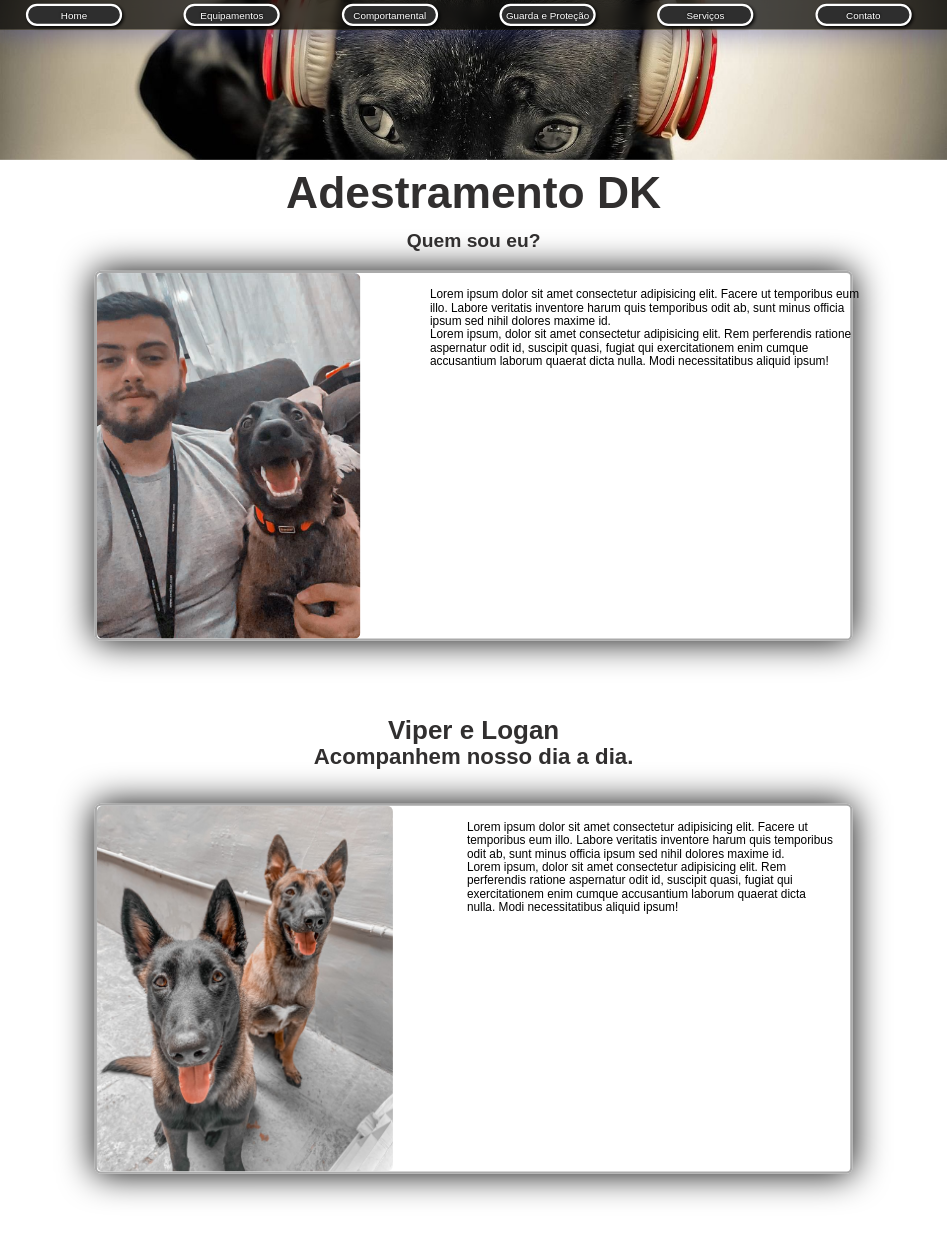
Repository: KevynMarques/Blog-React-StyledComponent
Page: /
The author's editor kept a copy of each file at every save. The page is drawn from the files as they stood at one save, then again after a run of saves.
The browser window is 1280 px wide. The pictures show the whole page, at 74% of full size.
The project was rebuilt for these pictures with package versions that can differ from the ones it lists, and the page was loaded fresh each time.

Above is the page before, as saved 2022-02-01 19:13:39.

### src/App.js
import Header from './Components/Header/index'
import Home from './Components/Home';
import Sobre from './Components/Sobre';

import { GlobalStyle } from './GlobalStyle';

function App() {
  return (
    <>
    <Home />
    <Header />
    <Sobre />
    <GlobalStyle/>
    </>
  );
}

export default App;

### src/Components/Header/index.jsx
import { Baner } from "./style";
import Dog from '../Image/Dog.png'

export default () => {

  return (

    <>
      <Baner>
       <img src={Dog} />
     </Baner>
    </>

  );

}

### src/Components/Home/index.jsx
import { Home } from "./Style"

export default () => {
  return (

    <Home>
      <button>Home</button>
      <button>Equipamentos</button>
      <button>Comportamental</button>
      <button>Guarda e Proteção</button>
      <button>Serviços</button>
      <button>Contato</button>
    </Home>
  );
}

### src/Components/Sobre/index.jsx
import { Sobre, Tittle, Dogs} from "./style"
import Foto from '../Image/foto.png'
import LV from '../Image/LV.jpg';

export default () => {
  return (
<>
   <Tittle>
    <h1>Adestramento DK</h1>
      <h2>Quem sou eu?</h2>
    </Tittle>


  <Sobre>
    <section>
    <p>Lorem ipsum dolor sit amet consectetur adipisicing elit. Facere ut temporibus eum illo. Labore veritatis inventore harum quis temporibus odit ab, sunt minus officia ipsum sed nihil dolores maxime id.
      <br></br>
    Lorem ipsum, dolor sit amet consectetur adipisicing elit. Rem perferendis ratione aspernatur odit id, suscipit quasi, fugiat qui exercitationem enim cumque accusantium laborum quaerat dicta nulla. Modi necessitatibus aliquid ipsum!
    </p>
       <div>
        <img src={Foto} />
       </div>
    </section>
  </Sobre>


  <Tittle>
      <h3>Viper e Logan</h3>
      <p>Acompanhem nosso dia a dia.</p>
    </Tittle>

<Dogs>
<section>
    <p>Lorem ipsum dolor sit amet consectetur adipisicing elit. Facere ut temporibus eum illo. Labore veritatis inventore harum quis temporibus odit ab, sunt minus officia ipsum sed nihil dolores maxime id.
      <br></br>
    Lorem ipsum, dolor sit amet consectetur adipisicing elit. Rem perferendis ratione aspernatur odit id, suscipit quasi, fugiat qui exercitationem enim cumque accusantium laborum quaerat dicta nulla. Modi necessitatibus aliquid ipsum!
    </p>
       <div>
        <img src={LV} />
       </div>
    </section>
</Dogs>

</>

  );
}

### src/GlobalStyle.js
import { createGlobalStyle } from 'styled-components';

 export const GlobalStyle = createGlobalStyle`
  * {
    margin: 0;
    padding: 0;
    box-sizing: border-box;
  }
`;

### src/Components/Header/style.jsx
import styled from "styled-components";

export const Baner= styled.div `
  width: 100%;
  height: 30vh;


    img {
    width: 100%;
    height: 100%;
    object-fit: cover;

    }
`;

### src/Components/Home/Style.jsx
import styled from "styled-components";


export const  Home  = styled.div `
     width: 100vw;
     height: 40px;
     margin: 0;
     position: fixed;
     z-index: 99999;
     background: rgba( 0, 0, 0, 0.7 );
     box-shadow: 0 8px 32px 0 rgba( 31, 38, 135, 0.37 );
     backdrop-filter: blur( 7.5px );
     -webkit-backdrop-filter: blur( 7.5px );
     color:white;
     display: flex;
     align-items: center;
     justify-content: center;

     button {
font-family: Arial, Helvetica, sans-serif;
font-style:normal;
color:#ffffff;
background:#2e2e2e;
border:3px solid #ffffff;
text-shadow:0px -1px 3px #000000;
box-shadow:2px 2px 5px #000000;
-moz-box-shadow:2px 2px 5px #000000;
-webkit-box-shadow:2px 2px 5px #000000;
border-radius:25px 25px 25px 25px;
-moz-border-radius:25px 25px 25px 25px;
-webkit-border-radius:25px 25px 25px 25px;
width:130px;
height: 30px;

cursor:pointer;
margin:0 auto;
margin-left: 35px;

}

`;

### src/Components/Sobre/style.jsx
import styled from "styled-components";


export const Tittle = styled.h1`
@import url('https://fonts.googleapis.com/css2?family=Prompt:ital,wght@1,300&display=swap');
color: #312f2f;
font-size: 30px;
font-family: 'Prompt', sans-serif;
text-align: center;
height: 40px;
margin-top: 10px;

      h2 {
      font-size:26px ;
      margin-top: 15px;
      }
`;

export const  Sobre  = styled.section `
  height: 500px;
  border: solid 3px #aaaaaa;
  width: 80vw;
  margin: 100px  10%;
  border-radius: 8px;
  box-shadow: 0 0 3em Black;

  div {
    width: 35%;
    height:494px;
  }

  img {
    object-fit: cover;
    width: 100%;
    height: 100%;
    border-radius: 8px;
  }

p {
    position: absolute;
    width: 600px;
    margin-left: 450px;
    margin-top: 20px;
    font-size: 16px;
    font-family: Arial, Helvetica, sans-serif;
  }
`;



export const  Dogs  = styled.section `
  height: 500px;
  border: solid 3px #aaaaaa;
  width: 80%;
  margin: 80px  10%;
  border-radius: 8px;
  box-shadow: 0 0 3em Black;
  display: flex;

  div {
    width: 40%;
    height:494px;
    margin-top: -146px;
  }

  img {
    object-fit: cover;
    width: 100%;
    height: 100%;
    border-radius: 8px;

  }

p {

    width: 500px;
    margin-top: 20px;
    font-size: 16px;
    font-family: Arial, Helvetica, sans-serif;
    margin-left: 500px;
  }
`;

Loaded but not shown: public/index.html (common file); src/index.js (common file)

After the next 3 saves:
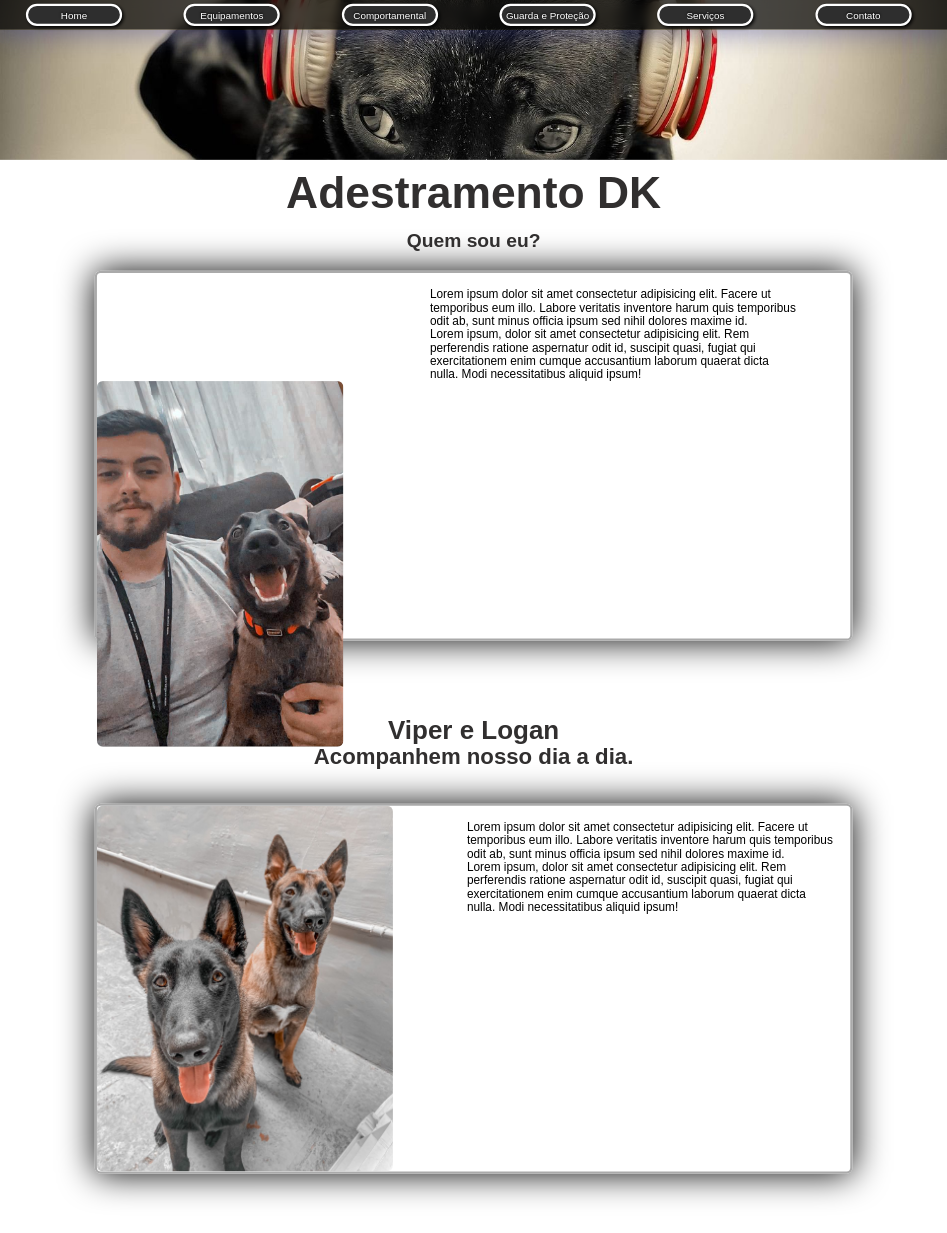
The 3 saves are shown as one change because they came seconds apart.
The last was saved 17 s later.
--- a/src/Components/Sobre/style.jsx
+++ b/src/Components/Sobre/style.jsx
@@ -23,6 +23,7 @@ export const  Sobre  = styled.section `
   margin: 100px  10%;
   border-radius: 8px;
   box-shadow: 0 0 3em Black;
+  display: flex;
 
   div {
     width: 35%;
@@ -37,8 +38,7 @@ export const  Sobre  = styled.section `
   }
 
 p {
-    position: absolute;
-    width: 600px;
+    width: 500px;
     margin-left: 450px;
     margin-top: 20px;
     font-size: 16px;
